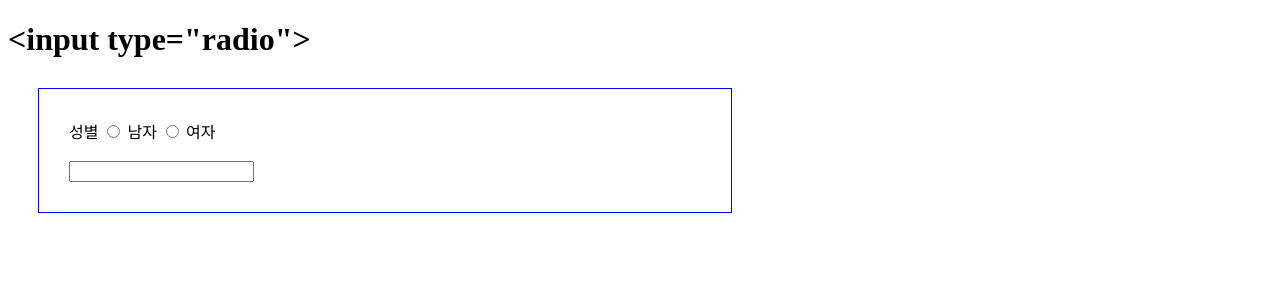
Repository: windy9109/FrontendClass
Page: webpro/src/main/webapp/0225/radio_checkbox.html
The author's editor kept a copy of each file at every save. The page is drawn from the files as they stood at one save, then again after the next save.
The browser window is 1280 px wide. The pictures show the whole page.

Above is the page before, as saved 2022-02-25 07:26:45.

### webpro/src/main/webapp/0225/radio_checkbox.html
<!DOCTYPE html>
<html>
<head>
<meta charset="UTF-8">
<title>Insert title here</title>
<style>
	form{
	border: 1px solid blue;
	margin: 30px;
	padding: 30px;
	width:50%;
	}
</style>
</head>
<body>
<h1>&lt;input type="radio"></h1>
<form actrion ="radio.jsp" method="post">
<label>성별</label>
	<input type="radio" name="gender"> 남자
	<input type="radio" name="gender"> 여자<br><br>

	<input type="submit value="전송">
</form>

</body>
</html>

After the next save:
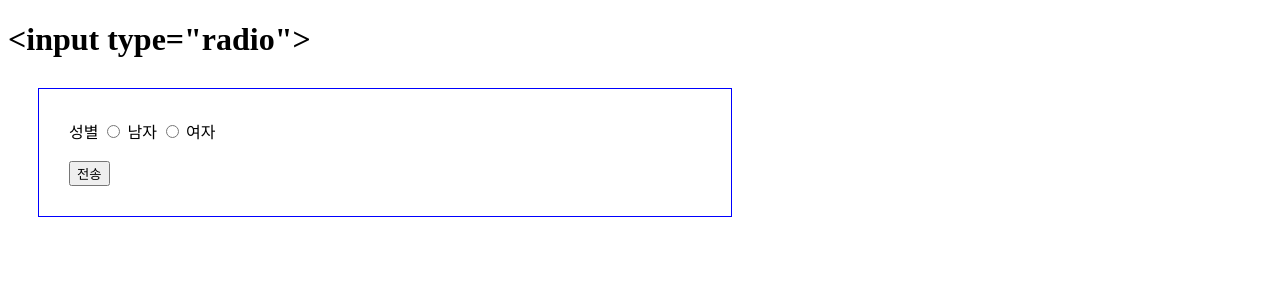
Saved 19 s later.
--- a/webpro/src/main/webapp/0225/radio_checkbox.html
+++ b/webpro/src/main/webapp/0225/radio_checkbox.html
@@ -19,7 +19,7 @@
 	<input type="radio" name="gender"> 남자
 	<input type="radio" name="gender"> 여자<br><br>
 
-	<input type="submit value="전송">
+	<input type="submit" value="전송">
 </form>
 
 </body>
